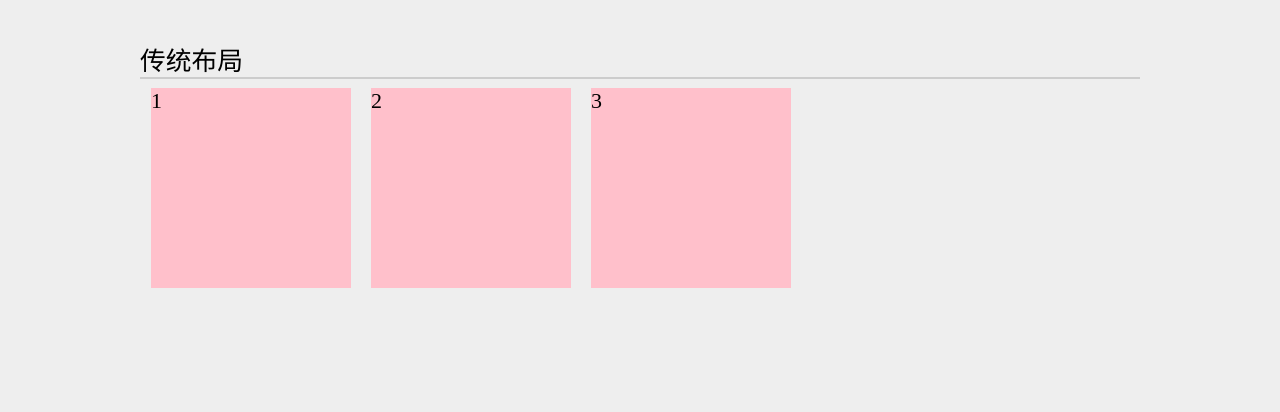
Repository: Germtao/Web
Page: web_css/css3_FLEX布局.html
The author's editor kept a copy of each file at every save. The page is drawn from the files as they stood at one save, then again after the next save.
The browser window is 1280 px wide. The pictures show the whole page.

Above is the page before, as saved 2020-11-04 10:54:11.

### web_css/css3_FLEX布局.html
<!DOCTYPE html>
<html lang="en">

<head>
  <meta charset="UTF-8">
  <meta name="viewport" content="width=device-width, initial-scale=1.0">
  <title>CSS3-FLEX布局</title>

  <style>
    * {
      margin: 0;
      padding: 0;
      list-style: none;
    }

    body {
      background-color: #eee;
      font-family: "Microsoft Yahei";
      font-size: 22px;
    }

    h3 {
      font-weight: normal;
    }

    section {
      width: 1000px;
      margin: 40px auto;
    }

    ul {
      background-color: #fff;
      border: 1px solid #ccc;
    }

    ul li {
      width: 200px;
      height: 200px;
      background-color: pink;
      margin: 10px;
    }

    section:nth-child(1) {
      /* 清除浮动 */
      overflow: hidden;
    }

    section:nth-child(1) ul li {
      float: left;
    }
  </style>
</head>

<body>
  <section>
    <h3>传统布局</h3>
    <ul>
      <li>1</li>
      <li>2</li>
      <li>3</li>
    </ul>
  </section>
</body>

</html>

After the next save:
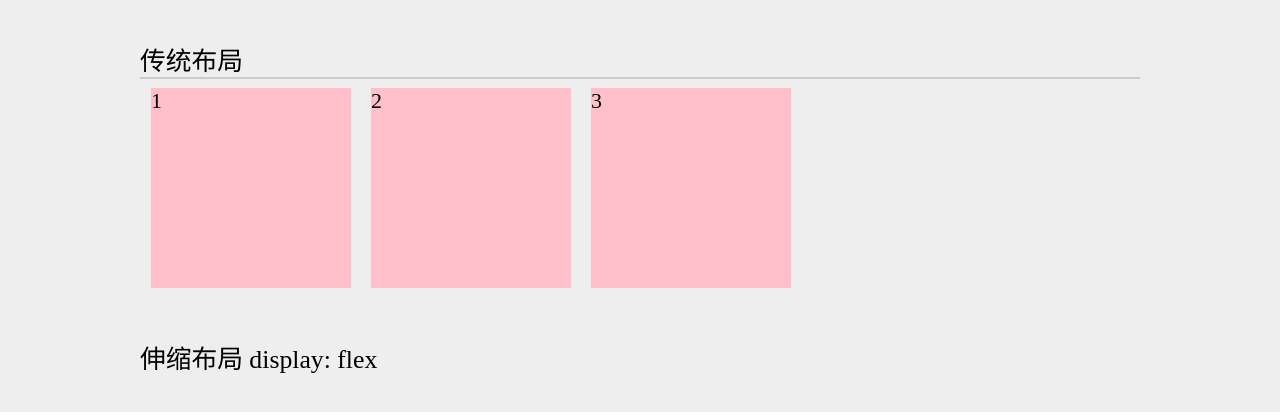
Saved 85 s later.
--- a/web_css/css3_FLEX布局.html
+++ b/web_css/css3_FLEX布局.html
@@ -60,6 +60,10 @@
       <li>3</li>
     </ul>
   </section>
+
+  <section>
+    <h3>伸缩布局 display: flex</h3>
+  </section>
 </body>
 
 </html>
